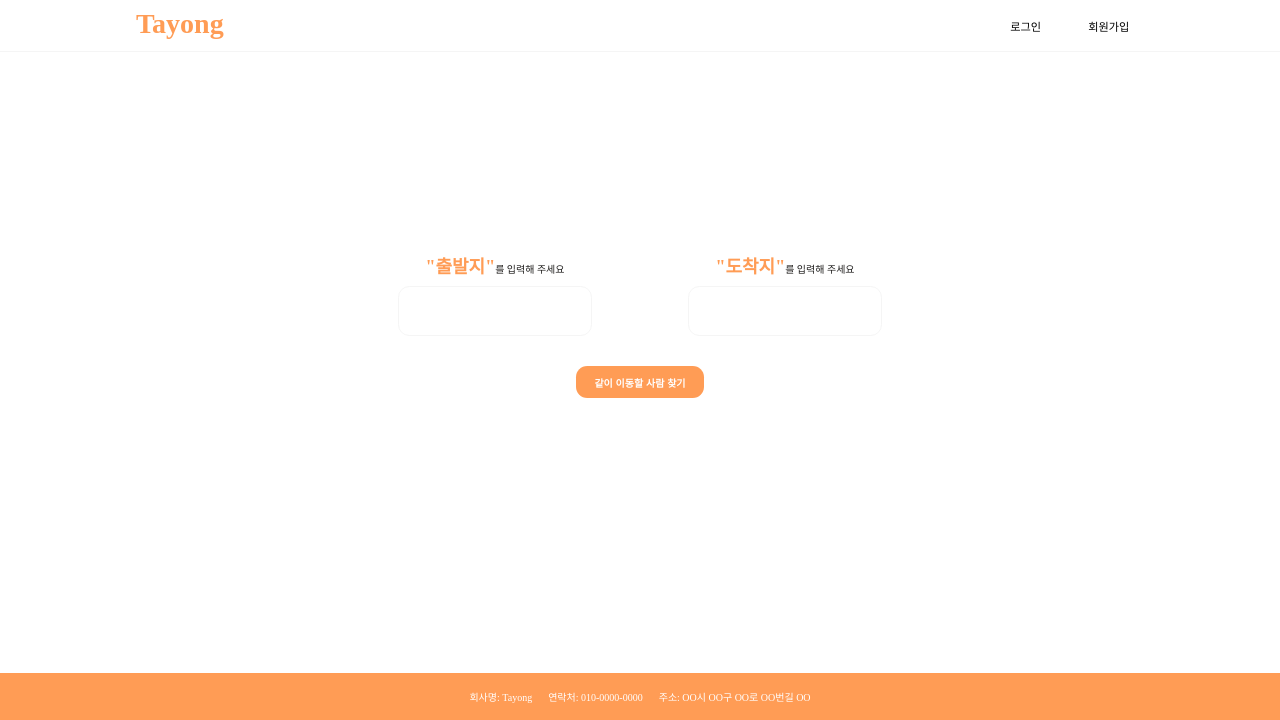
Repository: YEOMJINSEOP/playground
Page: / (app in tayong/)
The author's editor kept a copy of each file at every save. The page is drawn from the files as they stood at one save, then again after the next save.
The browser window is 1280 px wide. The pictures show the whole page.
The project was rebuilt for these pictures with package versions that can differ from the ones it lists, and the page was loaded fresh each time.

Above is the page before, as saved 2022-10-28 15:00:05.

After the next save:
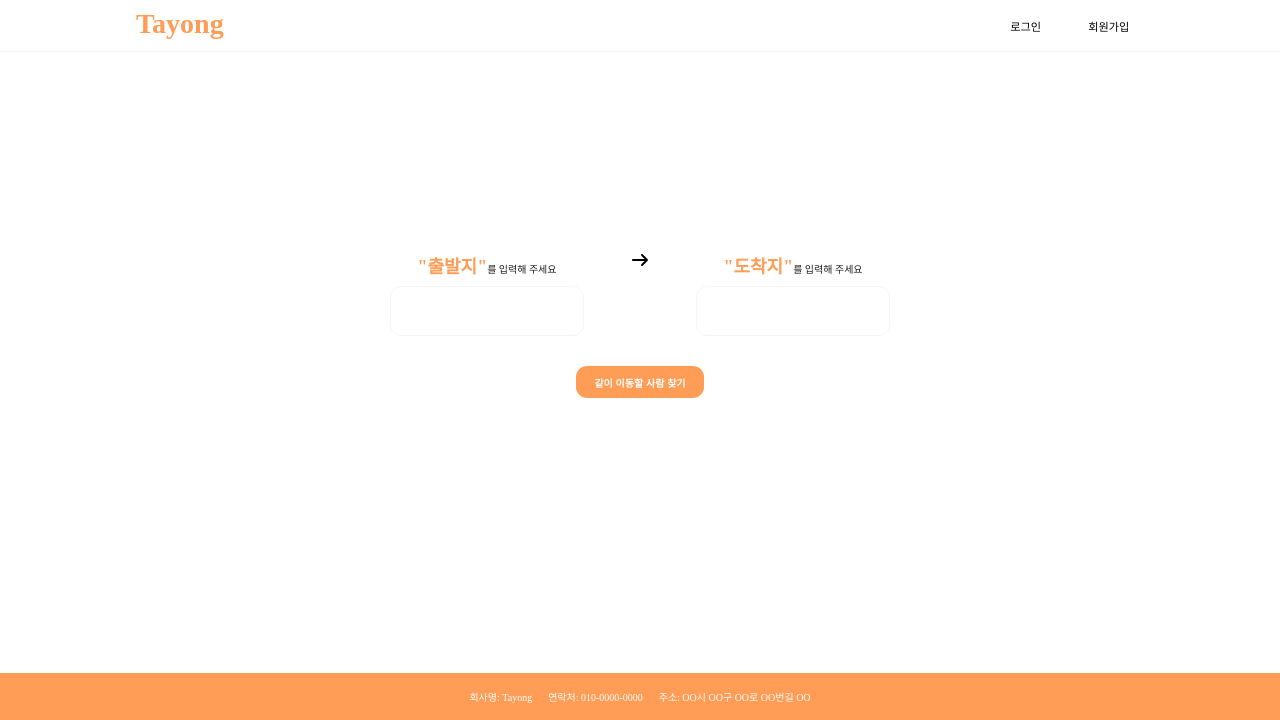
Saved 80 s later.
--- a/tayong/src/components/locationSelector/locationSelector.jsx
+++ b/tayong/src/components/locationSelector/locationSelector.jsx
@@ -4,6 +4,8 @@ import styles from './locationSelector.module.css';
 import { library } from '@fortawesome/fontawesome-svg-core';
 import { faArrowRight} from '@fortawesome/free-solid-svg-icons';
 import { FontAwesomeIcon} from '@fortawesome/react-fontawesome';
+
+library.add(faArrowRight);
 
 
 function LocationSelector(props) {
